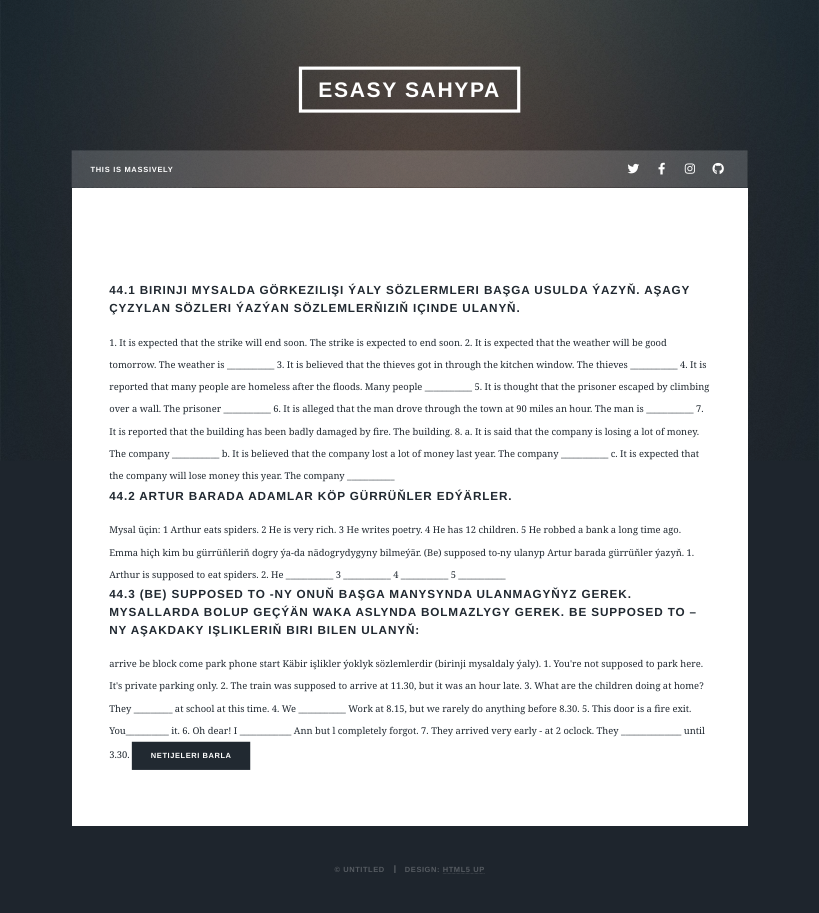
Repository: Sahet-dev/English-grammar-app
Page: test/test_unit _44.html
An editor plug-in stored every save of this project. The page is shown before and after the next save, followed by the edit.
The browser window is 1280 px wide. The pictures show the whole page, at 64% of full size.
Some web fonts or font styles are not loaded; a fallback is used.

Above is the page before, as saved 2022-06-24 17:33:47.

### test/test_unit _44.html
<!DOCTYPE HTML>
<!--
	Massively by HTML5 UP
	html5up.net | @ajlkn
	Free for personal and commercial use under the CCA 3.0 license (html5up.net/license)
-->
<html>
	<head>
		<title>Test </title>
		<meta charset="utf-8" />
		<meta name="viewport" content="width=device-width, initial-scale=1, user-scalable=no" />
		<link rel="stylesheet" href="../assets/css/test.css" />
		<noscript><link rel="stylesheet" href="../assets/css/noscript.css" /></noscript>
	</head>
	<body class="is-preload">

		<!-- Wrapper -->
			<div id="wrapper">

				<!-- Header -->
					<header id="header">
						<a href="index.html" class="logo">Esasy Sahypa</a>
					</header>

				<!-- Nav -->
					<nav id="nav">
						<ul class="links">
							<li><a href="units/.html">This is Massively</a></li>

						</ul>
						<ul class="icons">
							<li><a href="#" class="icon brands fa-twitter"><span class="label">Twitter</span></a></li>
							<li><a href="#" class="icon brands fa-facebook-f"><span class="label">Facebook</span></a></li>
							<li><a href="#" class="icon brands fa-instagram"><span class="label">Instagram</span></a></li>
							<li><a href="#" class="icon brands fa-github"><span class="label">GitHub</span></a></li>
						</ul>
					</nav>

				<!-- Main -->
					<div id="main">

						<!-- Post -->
							<section class="post">
								<header class="major">
									<h2>


									</h2>
								</header>

								<!-- Text stuff -->

									<p>
										<form action="results-unit-1.php" method="post">

										<h3>44.1

														Birinji mysalda görkezilişi ýaly sözlermleri başga usulda ýazyň. Aşagy çyzylan sözleri ýazýan sözlemlerňiziň içinde ulanyň.
													</h3>
														1. It is expected that the strike will end soon.
														The strike is expected to end soon.

														2. It is expected that the weather will be good
														tomorrow. The weather is   ___________



														3. It is believed that the thieves got in through
														the kitchen window. The thieves  ___________

														4. It is reported that many people are homeless after the floods. Many people  ___________

														5. It is thought that the prisoner escaped by
														climbing over a wall. The prisoner   ___________

														6. It is alleged that the man drove through the
														town at 90 miles an hour. The man is   ___________

														7. It is reported that the building has been badly damaged by fire. The building.

														8. a. It is said that the company is losing a lot of money. The company  ___________
														b. It is believed that the company lost a lot of
														money last year. The company  ___________
														c. It is expected that the company will lose
														money this year. The company  ___________


													<h3>44.2

														Artur barada adamlar köp gürrüňler edýärler.</h3>
														Mysal üçin:

														1 Arthur eats spiders.

														2 He is very rich.

														3 He writes poetry.


														4 He has 12 children.

														5 He robbed a bank a long time ago.

														Emma hiçh kim bu gürrüňleriň dogry ýa-da nädogrydygyny bilmeýär.  (Be) supposed to-ny ulanyp Artur barada gürrüňler ýazyň.

														1. Arthur is supposed to eat spiders.

														2. He   ___________
														3  ___________
														4  ___________
														5  ___________

													<h3>44.3

														(Be) supposed to -ny onuň başga manysynda ulanmagyňyz gerek.  Mysallarda bolup geçýän waka aslynda bolmazlygy gerek.
														Be supposed to –ny aşakdaky işlikleriň biri bilen ulanyň:</h3>

														arrive be block come park phone start
														Käbir işlikler ýoklyk sözlemlerdir (birinji mysaldaly ýaly).

														1. You're not supposed to park here. It's private parking only.

														2. The train was supposed to arrive at 11.30, but it was an hour late.

														3. What are the children doing at home?
														They _________ at school at this time.

														4. We ___________ Work at 8.15, but we rarely do
														anything before 8.30.

														5. This door is a fire exit. You__________ it.

														6. Oh dear! I ____________ Ann but l completely forgot.

														7. They arrived very early - at 2 oclock.
														They ______________ until 3.30.


											        <button class="button primary" type="submit">Netijeleri barla</button>
										</form>



									</p>


							</section>

					</div>


				<!-- Copyright -->
					<div id="copyright">
						<ul><li>&copy; Untitled</li><li>Design: <a href="https://html5up.net">HTML5 UP</a></li></ul>
					</div>

			</div>

		<!-- Scripts -->
			<script src="assets/js/jquery.min.js"></script>
			<script src="assets/js/jquery.scrollex.min.js"></script>
			<script src="assets/js/jquery.scrolly.min.js"></script>
			<script src="assets/js/browser.min.js"></script>
			<script src="assets/js/breakpoints.min.js"></script>
			<script src="assets/js/util.js"></script>
			<script src="assets/js/main.js"></script>

	</body>
</html>

Loaded but not shown: assets/js/jquery.min.js (library); assets/js/jquery.scrollex.min.js (common file); assets/js/jquery.scrolly.min.js (common file); assets/js/browser.min.js (common file); assets/js/breakpoints.min.js (common file); assets/css/fontawesome-all.min.css (library); assets/js/util.js (587 lines, source omitted); assets/js/main.js (258 lines, source omitted); assets/css/test.css (4689 lines, source omitted)

After the next save:
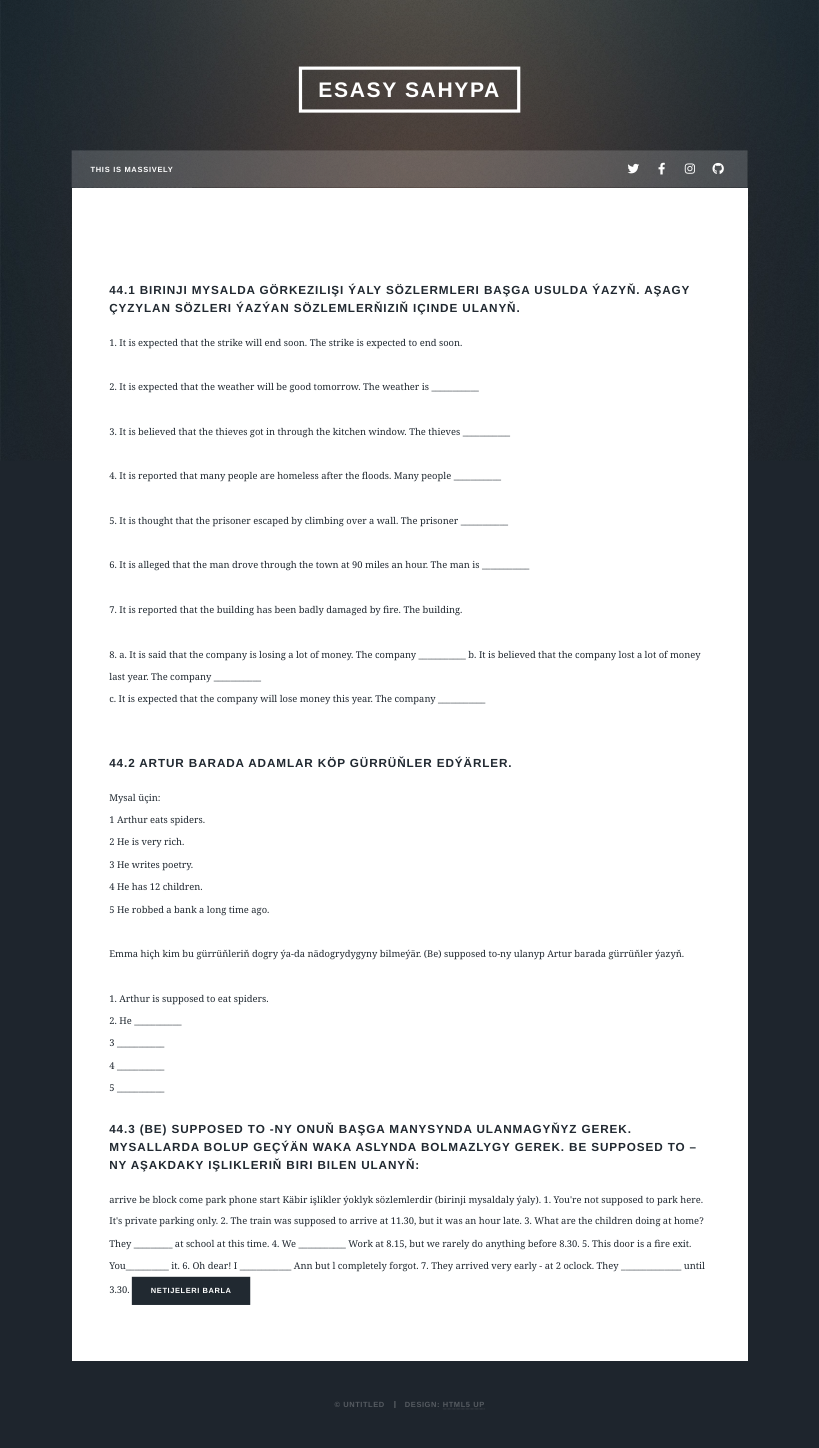
Saved 85 s later.
--- a/test/test_unit _44.html
+++ b/test/test_unit _44.html
@@ -59,57 +59,57 @@
 													</h3>
 														1. It is expected that the strike will end soon.
 														The strike is expected to end soon.
-
+														<br><br>
 														2. It is expected that the weather will be good
 														tomorrow. The weather is   ___________
 
-
+														<br><br>
 
 														3. It is believed that the thieves got in through
 														the kitchen window. The thieves  ___________
-
+														<br><br>
 														4. It is reported that many people are homeless after the floods. Many people  ___________
-
+														<br><br>
 														5. It is thought that the prisoner escaped by
 														climbing over a wall. The prisoner   ___________
-
+														<br><br>
 														6. It is alleged that the man drove through the
 														town at 90 miles an hour. The man is   ___________
-
+														<br><br>
 														7. It is reported that the building has been badly damaged by fire. The building.
-
+														<br><br>
 														8. a. It is said that the company is losing a lot of money. The company  ___________
 														b. It is believed that the company lost a lot of
-														money last year. The company  ___________
+														money last year. The company  ___________ <br>
 														c. It is expected that the company will lose
-														money this year. The company  ___________
-
+														money this year. The company  ___________<br>
+														<br><br>
 
 													<h3>44.2
 
 														Artur barada adamlar köp gürrüňler edýärler.</h3>
 														Mysal üçin:
+														<br>
+														1 Arthur eats spiders.<br>
 
-														1 Arthur eats spiders.
+														2 He is very rich.<br>
 
-														2 He is very rich.
-
-														3 He writes poetry.
+														3 He writes poetry.<br>
 
 
-														4 He has 12 children.
+														4 He has 12 children.<br>
 
-														5 He robbed a bank a long time ago.
+														5 He robbed a bank a long time ago.<br><br>
 
 														Emma hiçh kim bu gürrüňleriň dogry ýa-da nädogrydygyny bilmeýär.  (Be) supposed to-ny ulanyp Artur barada gürrüňler ýazyň.
+														<br><br>
+														1. Arthur is supposed to eat spiders.<br>
 
-														1. Arthur is supposed to eat spiders.
-
-														2. He   ___________
-														3  ___________
-														4  ___________
-														5  ___________
-
+														2. He   ___________<br>
+														3  ___________<br>
+														4  ___________<br>
+														5  ___________<br>
+														<br>
 													<h3>44.3
 
 														(Be) supposed to -ny onuň başga manysynda ulanmagyňyz gerek.  Mysallarda bolup geçýän waka aslynda bolmazlygy gerek.
